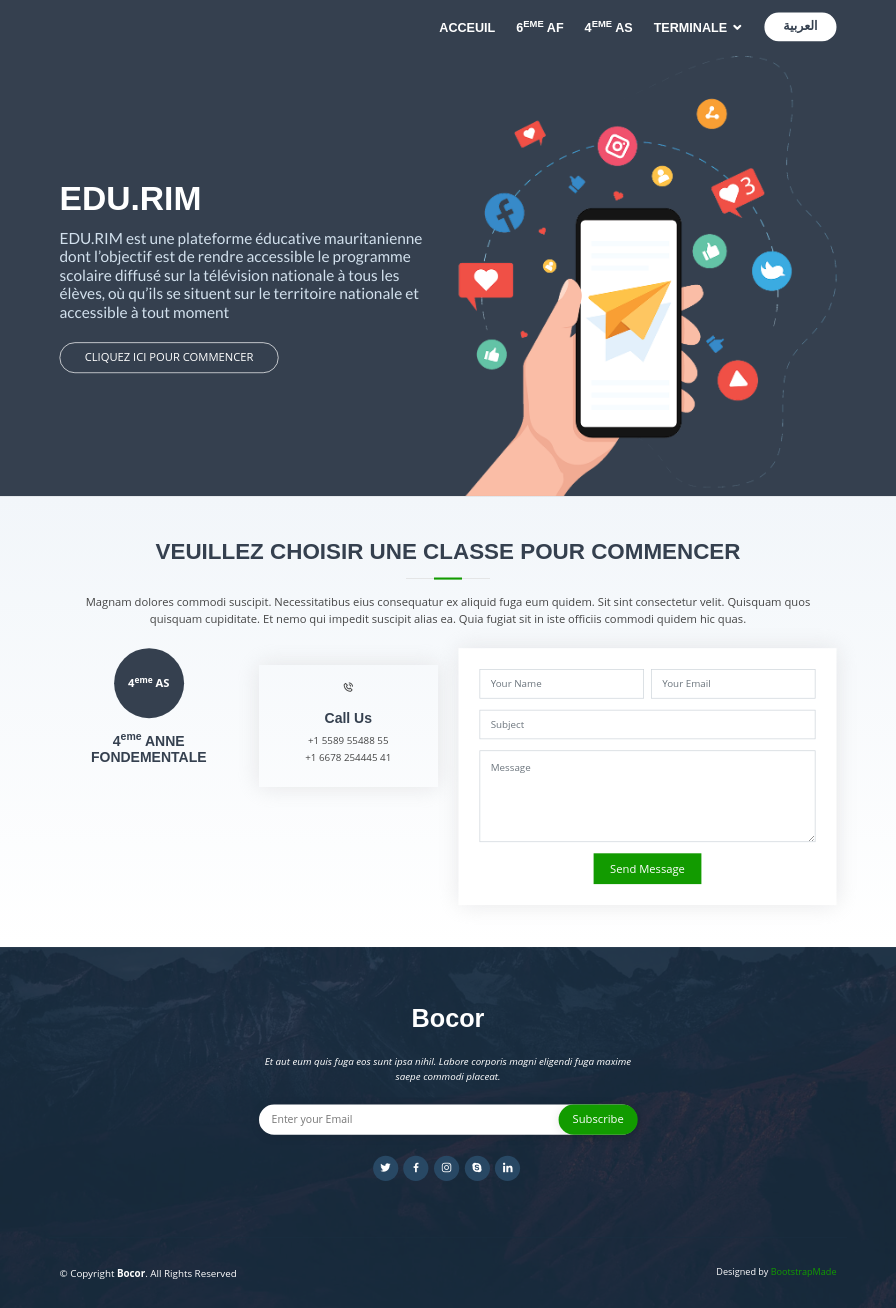
Repository: athiemohamed/courat
Page: http://localhost/
These files come from the project's save history. The page is drawn as it stood at one moment and after a run of saves; the edit follows.
The browser window is 1280 px wide. The pictures show the whole page, at 70% of full size.
Some web fonts or font styles are not loaded; a fallback is used. The page is run by PHP 8.4 with error messages shown; the project is at /var/www/html/.

Above is the page before, as saved 2020-03-26 13:16:25.

After the next 2 saves:
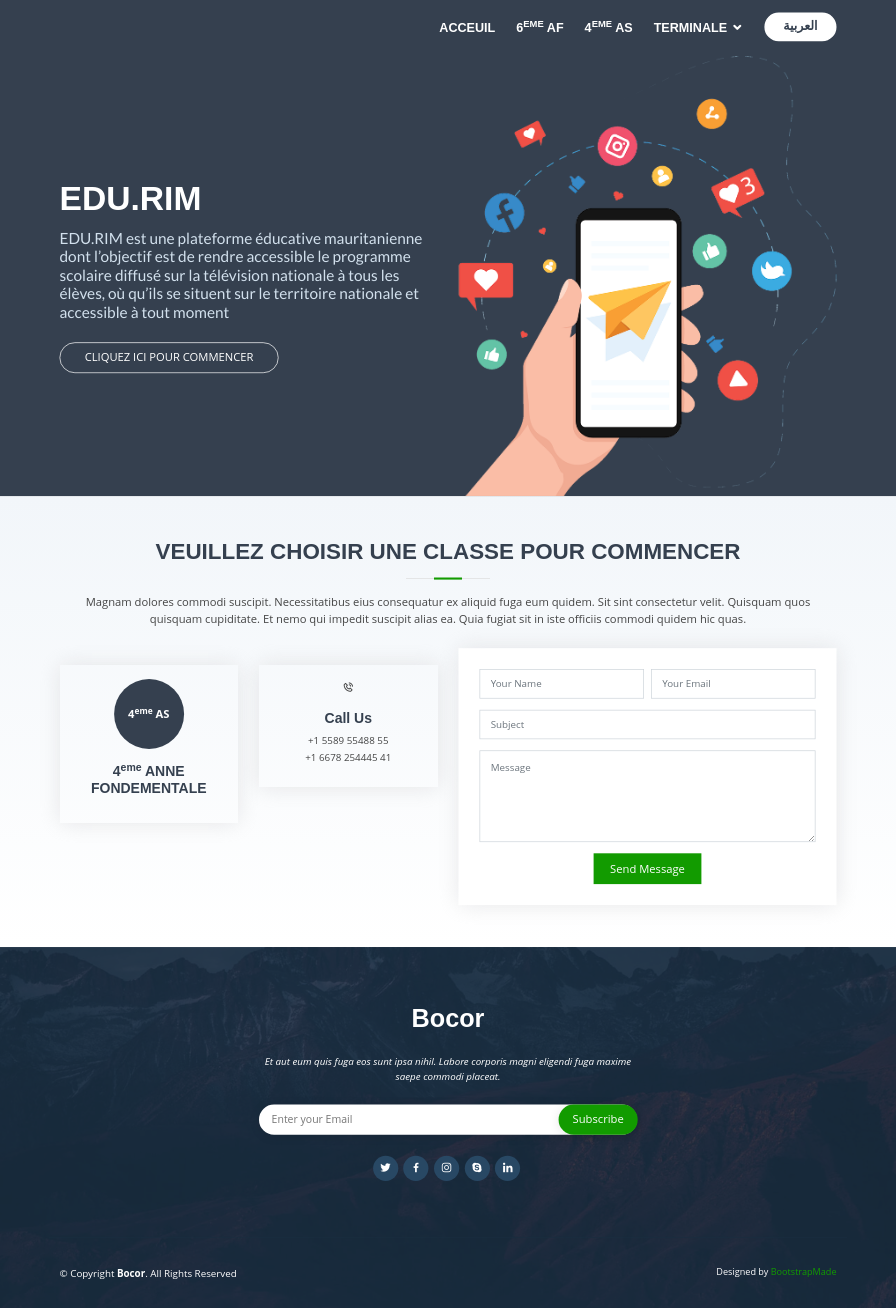
The 2 saves are shown as one change because they came seconds apart.
The last was saved 11 s later.
--- a/index.php
+++ b/index.php
@@ -152,12 +152,12 @@
             <div class="row">
               <!-- Class item -->
                 <div class="col-md-6">
-                  <a href="" class="info-box mt-4">
+                  <div class="info-box mt-4">
                     <div class="circle-badge">
                       <strong>4<sup>eme</sup> AS</strong>
                     </div>
                     <h3>4<sup>eme</sup> ANNE FONDEMENTALE</h3>
-                  </a>
+</div>
                 </div>
               <!-- End of class item -->
 
